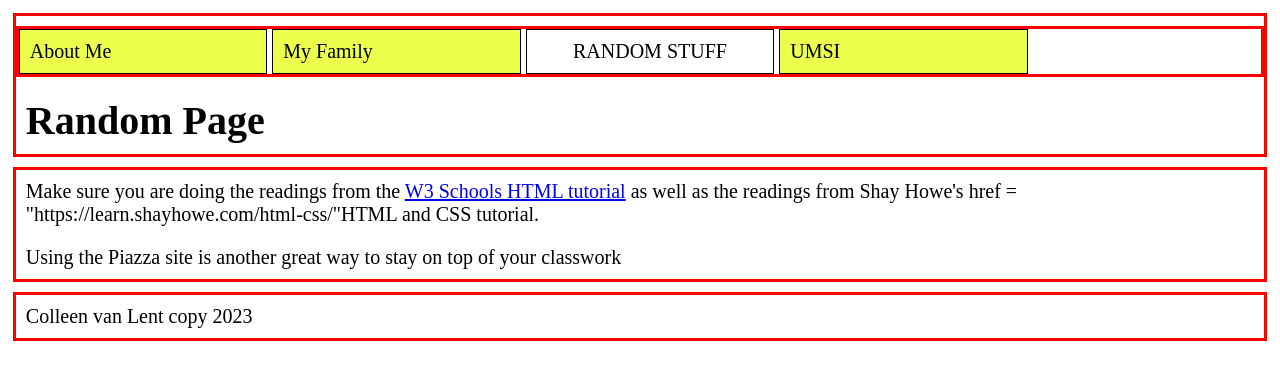
Repository: lulyany/hw1-2023
Page: random.html
The author's editor kept a copy of each file at every save. The page is drawn from the files as they stood at one save, then again after a run of saves.
The browser window is 1280 px wide. The pictures show the whole page.

Above is the page before, as saved 2023-09-04 20:39:59.

### random.html
<!DOCTYPE html>
<html lang="en">
<head>
	<!--  TIP
	You will find any errors from the head section using the console. -->
	<meta charset="UTF-8">
	<meta name="viewport" content="width=device-width, initial-scale=1.0">
	<link rel="icon" href="images/favicon.ico">
	<link rel="stylesheet" href="css/reset.css">
	<link rel="stylesheet" href="css/style.css">
	<title>Random</title>
</head>

<body>
	<!-- header -->
	<header>
		<nav>
			<ul>
				<li>About Me</li>
				<li>My Family</li>
				<li class="active">Random Stuff</li>
				<li>UMSI</li>
			</ul>
		</nav>
	<h1>Random Page</h1>
	</header>

	<!-- main -->
	<main>
	<p>Make sure you are doing the readings from the <a href = "www.w3schools.com/html/">W3 Schools HTML
		tutorial</a> as well as the readings from Shay Howe's
		<a> href = "https://learn.shayhowe.com/html-css/"HTML and CSS tutorial</a>.
	</p>
	<p>Using the Piazza site is another great way to stay on top of your classwork</p>
	</main>

	<!-- footer -->
	<footer>
		<p>Colleen van Lent copy 2023</p>
	</footer>
</body>
</html>

### css/style.css
/*Add padding and margin to space out the page.
Make the font larger too.*/
body{
	margin:1%;
	font-size:125%;
}

/*Make the h1 heading bigger with a bold font*/
h1{
	font-size: 2em;
	font-weight: bold;
}

.active{
	background: white;
    text-transform: uppercase;
	text-align: center;
}

.active a{
	text-decoration: none;;
}

/*Style the images*/
img{
    height: 150px;
	width:auto;
    border: 3px solid blue;
    padding: 25px;
    border-radius: 20px;
    margin: 5px;
	margin-left: 10%
}

/*Make the h2 heading match h1*/
h2{
	font-size: 2em;
	font-weight: bold;
}

/*Improve the spacing for paragraphs AND headings*/
p, h1, h2 {
    padding: 10px;
}

/*Add borders around the main components and some
space too*/
header, nav, main, footer{
	border: 3px solid red;
	margin: 10px 0;
}


/*Change the styling for all of the list
items in the nav section*/
nav ul li{
	background-color: #ECFF4D;
	padding:10px;
	width:25%;
	border:1px solid black;
	display: inline-block;
	width: 20%;
}

/*Added this so the links stay the same color*/
a:visited{color:#0000FF}

Loaded but not shown: css/reset.css (common file)

After the next 2 saves:
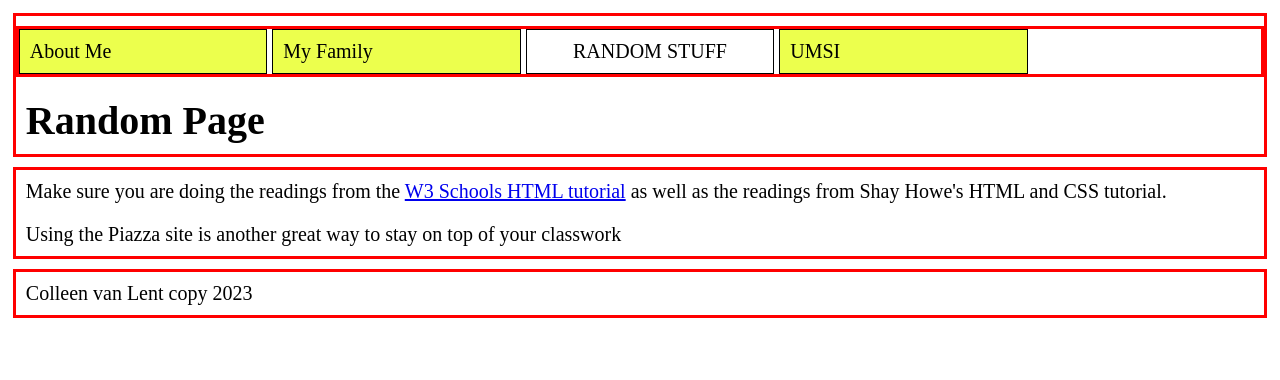
The 2 saves are shown as one change because they came seconds apart.
The last was saved 13 min 3 s later.
--- a/random.html
+++ b/random.html
@@ -29,7 +29,7 @@
 	<main>
 	<p>Make sure you are doing the readings from the <a href = "www.w3schools.com/html/">W3 Schools HTML
 		tutorial</a> as well as the readings from Shay Howe's
-		<a> href = "https://learn.shayhowe.com/html-css/"HTML and CSS tutorial</a>.
+		<a href = "https://learn.shayhowe.com/html-css/"></a>HTML and CSS tutorial</a>.
 	</p>
 	<p>Using the Piazza site is another great way to stay on top of your classwork</p>
 	</main>
